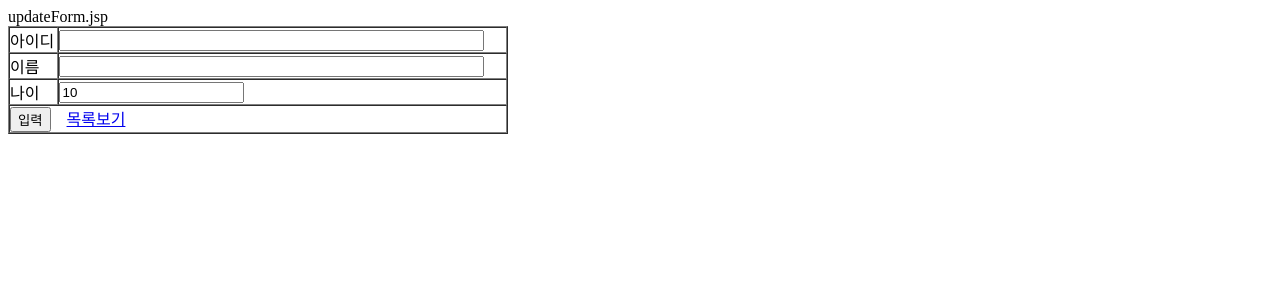
Repository: ChanhoPark-s/academyStudy
Page: http://localhost/11_DB_Person/updateForm
An editor plug-in stored every save of this project. The page is shown before and after the next save, followed by the edit.
The browser window is 1280 px wide. The pictures show the whole page.
The page is served by Tomcat 9. Queries for data that is not in the repository find no rows.

Above is the page before, as saved 2022-08-22 02:13:23.

After the next save:
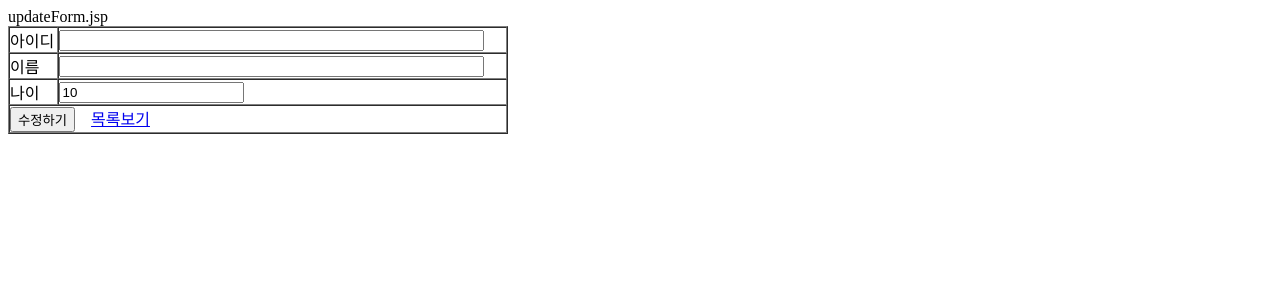
Saved 18 s later.
--- a/11_DB_Person/src/main/webapp/WEB-INF/views/updateForm.jsp
+++ b/11_DB_Person/src/main/webapp/WEB-INF/views/updateForm.jsp
@@ -18,7 +18,7 @@ updateForm.jsp
 				<td><input type="text" name="age" value="10"></input></td>
 			</tr>
 			<tr>
-				<td colspan="2"><input type="submit" value="입력">
+				<td colspan="2"><input type="submit" value="수정하기">
 					&nbsp;&nbsp; <a href="list">목록보기</a></td>
 			</tr>
 		</table>
